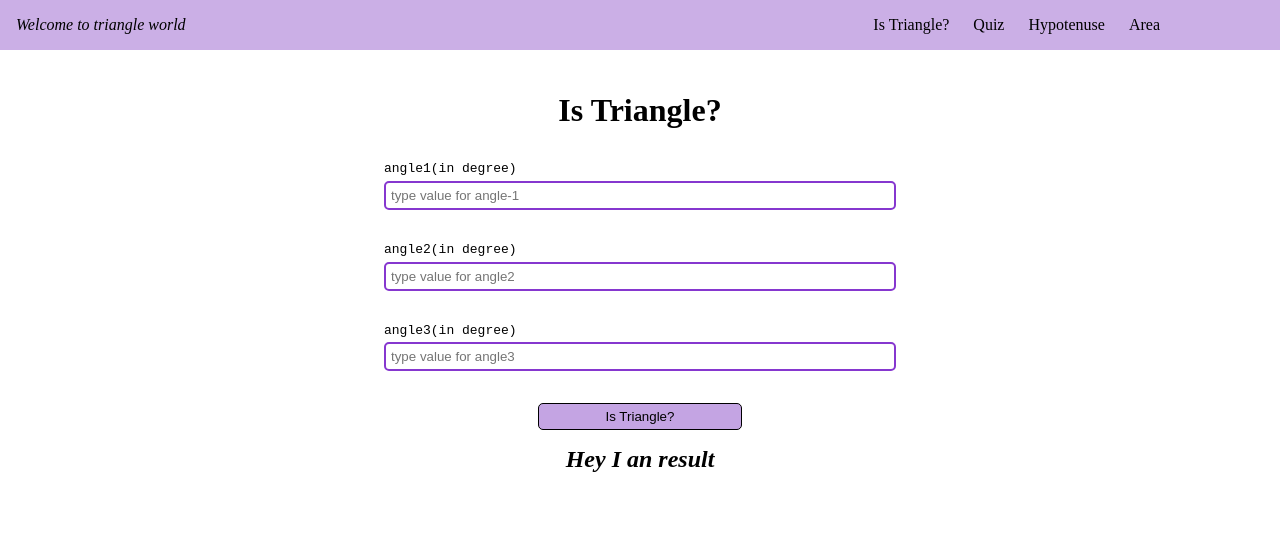
Repository: patelamancode/Fun-with-trianles
Page: index.html
These files come from the project's save history. The page is drawn as it stood at one moment and after the next save; the edit follows.
The browser window is 1280 px wide. The pictures show the whole page.

Above is the page before, as saved 2022-11-28 17:38:27.

After the next save:
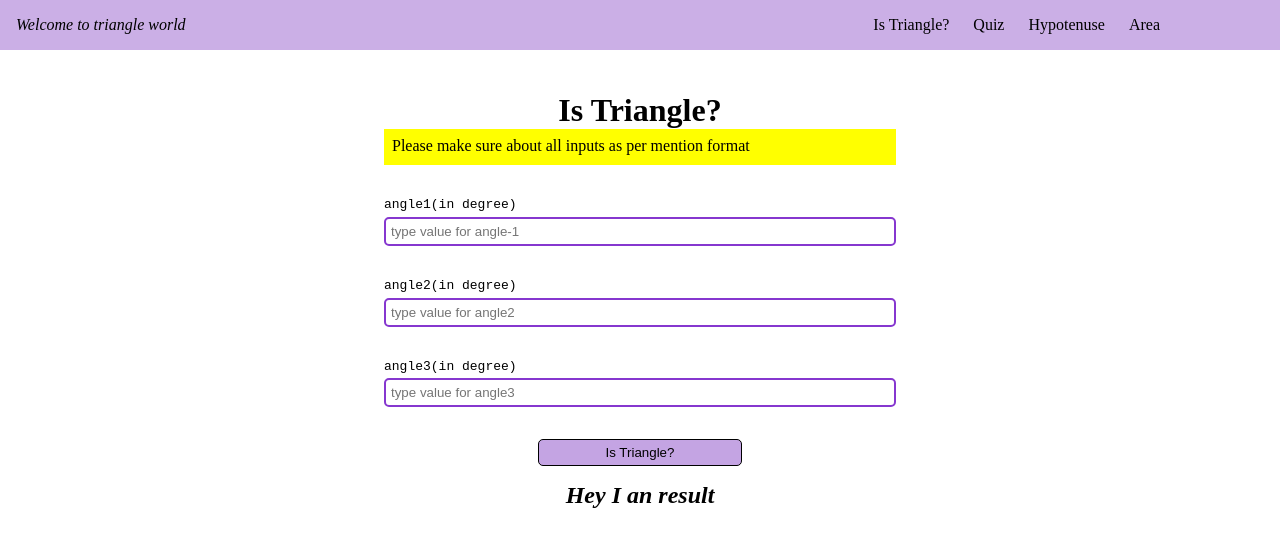
Saved 13 s later.
--- a/index.html
+++ b/index.html
@@ -21,6 +21,7 @@
     </nav>
     <div id="main-container">
         <h1>Is Triangle?</h1>
+        <p class="error-check-for-angles">Please make sure about all inputs as per mention format</p>
         <label for="angle1">angle1(in degree)</label>
         <input type="text" id="angle1-input" placeholder="type value for angle-1">
         <label for="angle2">angle2(in degree)</label>
